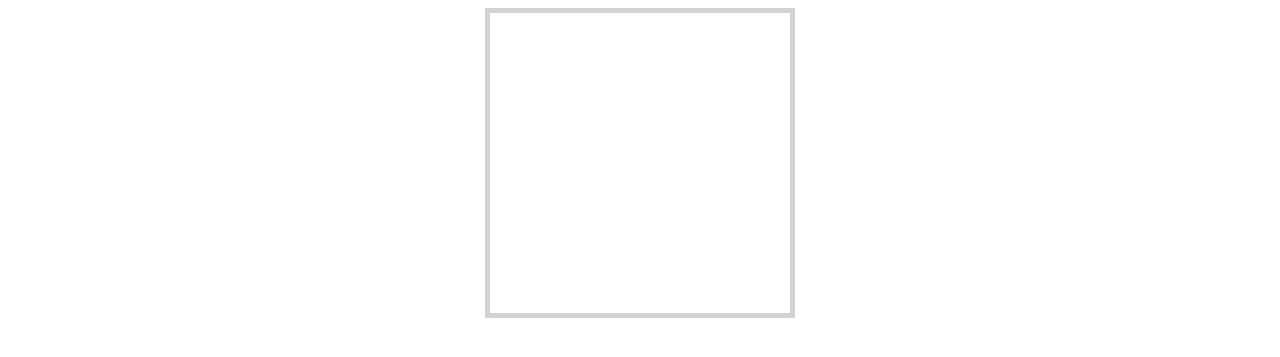
Repository: MySunTY/JSP
Page: http://localhost/JSP05/
The author's editor kept a copy of each file at every save. The page is drawn from the files as they stood at one save, then again after the next save.
The browser window is 1280 px wide. The pictures show the whole page.
The page is served by Tomcat 9.

Above is the page before, as saved 2024-05-10 02:30:55.

After the next save:
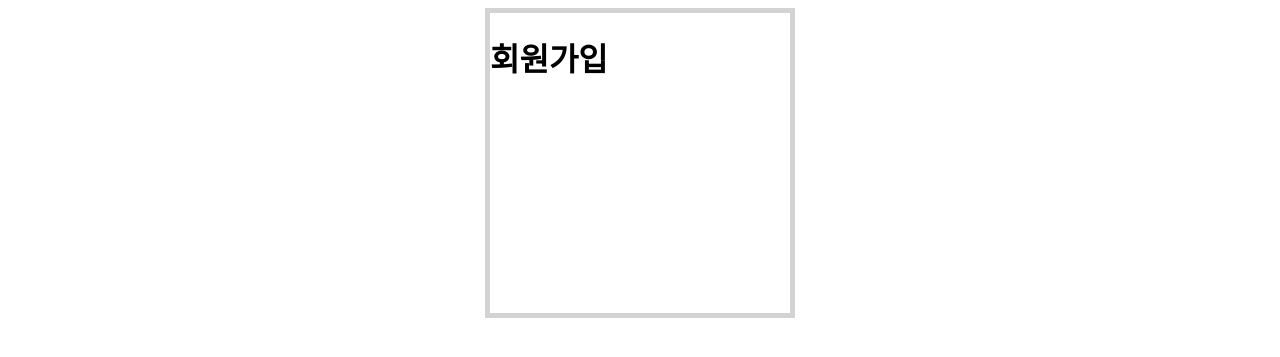
Saved 3 min 42 s later.
--- a/JSP05/src/main/webapp/index.jsp
+++ b/JSP05/src/main/webapp/index.jsp
@@ -16,7 +16,11 @@
 	</head>
 	<body>
 		<div id="wrap">
+			<form method="get" action="">
+				<h1>회원가입</h1>
 
+
+			</form>
 
 
 		</div>
